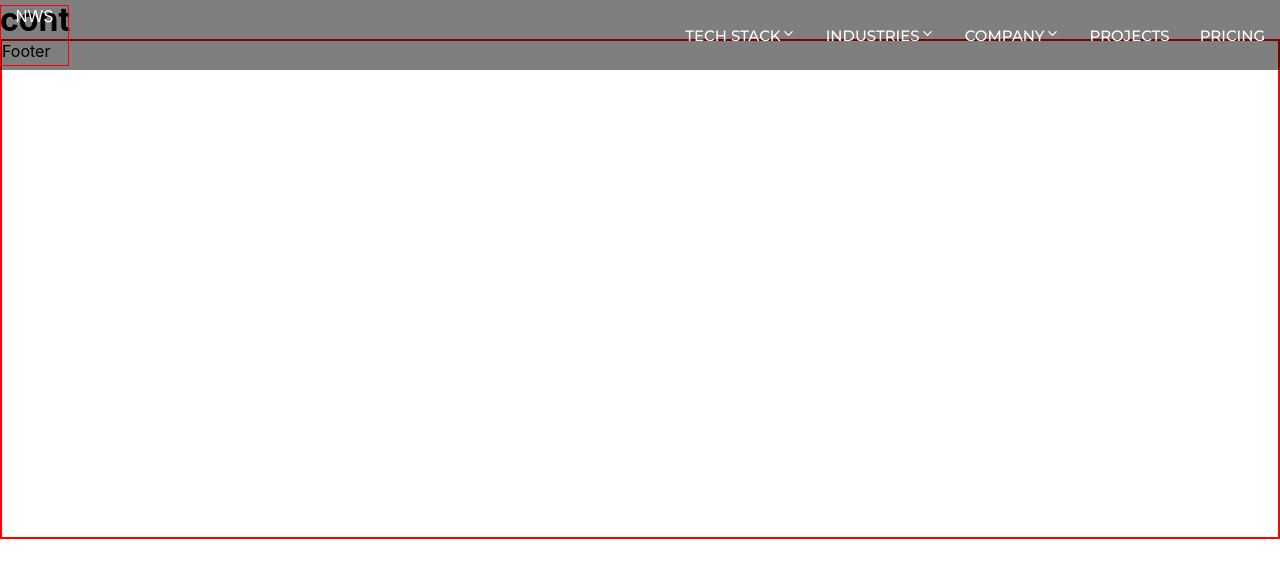
Repository: EdgarSargsyan2001/NWSlab21062022
Page: /
These files come from the project's save history. The page is drawn as it stood at one moment and after the next save; the edit follows.
The browser window is 1280 px wide. The pictures show the whole page.
The project was rebuilt for these pictures with package versions that can differ from the ones it lists, and the page was loaded fresh each time.

Above is the page before, as saved 2022-06-23 11:35:04.

### public/index.html
<!DOCTYPE html>
<html lang="en">
  <head>
    <meta charset="utf-8" />
    <link rel="icon" href="%PUBLIC_URL%/favicon.ico" />
    <meta name="viewport" content="width=device-width, initial-scale=1" />
    <meta name="theme-color" content="#000000" />
    <meta
      name="description"
      content="Web site created using create-react-app"
    />
    <link rel="preconnect" href="https://fonts.googleapis.com">
    <link rel="preconnect" href="https://fonts.gstatic.com" crossorigin>
    <link href="https://fonts.googleapis.com/css2?family=Grandstander:ital,wght@0,100;0,200;0,300;0,400;0,500;0,600;0,700;1,100;1,200;1,300;1,400;1,500;1,600;1,700&family=Montserrat:ital,wght@0,100;0,200;0,300;0,400;0,500;0,600;1,100;1,200;1,300;1,400;1,500;1,600&display=swap" rel="stylesheet">
    <link rel="apple-touch-icon" href="%PUBLIC_URL%/logo192.png" />
    <!--
      manifest.json provides metadata used when your web app is installed on a
      user's mobile device or desktop. See https://developers.google.com/web/fundamentals/web-app-manifest/
    -->
    <link rel="manifest" href="%PUBLIC_URL%/manifest.json" />
    <!--
      Notice the use of %PUBLIC_URL% in the tags above.
      It will be replaced with the URL of the `public` folder during the build.
      Only files inside the `public` folder can be referenced from the HTML.

      Unlike "/favicon.ico" or "favicon.ico", "%PUBLIC_URL%/favicon.ico" will
      work correctly both with client-side routing and a non-root public URL.
      Learn how to configure a non-root public URL by running `npm run build`.
    -->
    <title>React Redux App</title>
  </head>
  <body>
    <noscript>You need to enable JavaScript to run this app.</noscript>
    <div id="root"></div>
    <!--
      This HTML file is a template.
      If you open it directly in the browser, you will see an empty page.

      You can add webfonts, meta tags, or analytics to this file.
      The build step will place the bundled scripts into the <body> tag.

      To begin the development, run `npm start` or `yarn start`.
      To create a production bundle, use `npm run build` or `yarn build`.
    -->
  </body>
</html>

### src/index.tsx
import React from 'react';
import { createRoot } from 'react-dom/client';
import { Provider } from 'react-redux';
import { BrowserRouter } from "react-router-dom";
import { store } from './app/store';
import App from './App';
import reportWebVitals from './reportWebVitals';
import './index.css';

const container = document.getElementById('root')!;
const root = createRoot(container);

root.render(
  // <React.StrictMode>
  <BrowserRouter>
    <Provider store={store}>
      <App />
    </Provider>
    </BrowserRouter>
  // </React.StrictMode>
);

// If you want to start measuring performance in your app, pass a function
// to log results (for example: reportWebVitals(console.log))
// or send to an analytics endpoint. Learn more: https://bit.ly/CRA-vitals
reportWebVitals();

### src/app/store.ts
import { configureStore } from "@reduxjs/toolkit";



export const store = configureStore({
  reducer: {

  },
});

### src/App.tsx
import React from 'react';
import { Route, Routes } from 'react-router-dom';
import './App.css';
import MainLayout from './Layouts/mainLayout/MainLayout';
import HomePage from './Pages/HomePage/HomePage';

function App() {
  return (
    <div >
        <Routes>
          <Route path='/' element={<MainLayout/>}>
            <Route path='/' element={<HomePage/>}  />
            {/* <Route path='' element={} /> */}
            {/* <Route path='' element={} /> */}
            {/* <Route path='' element={} /> */}
          </Route>
        </Routes>
    </div>
  );
}

export default App;

### src/Layouts/mainLayout/MainLayout.tsx


import { Outlet } from "react-router-dom";
import Footer from "../Footer/Footer";
import Header from "../Header/Header";
import "./MainLayout.css";



export default function MainLayout(){

    return(
        <div >
            <Header />

            <Outlet />

            <Footer />
        </div>
    )
}

### src/Pages/HomePage/HomePage.tsx
import React from 'react'
import MainComp1 from '../../Components/VideoMain/mainComp1/mainComp1'
import VideoMain from '../../Components/VideoMain/VideoMain'


function HomePage() {
  return (
    <div className='homePage'>
        {/* <VideoMain
            path='./Assets/main.gif'
            height='900px'
            text="it outstaffing company "
        /> */}
        {/* <MainComp1
          titleMain='fuel your project with an expert team of industry focused engineers'
          btnOpen={false}
          title1='Extensive experience'
          desc1='For over a decade we have developed thousands of outstanding projects that helped our clients accomplish their business goals'
          num1='1000+'
          text1='successful projects'

          title2='Industry-focused specialists '
          desc2="With a strong focus on technology-intensive industries and constant attention to detail and IT trends, NWSLAB's specialists help clients from all over the world"
          num2='15'
          text2='years in business'

          title3='Customer loyalty '
          desc3='NWSLAB’s high standards, effective project delivery, and ability to develop IT solutions of any kind, enable us to enjoy wide recognition. As a result, 90% of our customers are recurring and recommend us to their partners    '
          num3='90%'
          text3 ='recurring customers'

        /> */}
        {/* <MainComp1
          titleMain='software development collaboration models'
          btnOpen={true}
          title1='Team Augmentation'
          desc1="Strengthen your IT team with NWSLAB's top-notch experts while retaining full responsibility for your IT project, its goals, and outcomes."

          title2='Product Development Servicesе '
          desc2="Let NWSLAB’s experienced IT team ensure an end-to-end implementation of your IT project and share the responsibility for it with you "

          title3='Outsourced IT services'
          desc3="NWSLAB’s team will provide you with top-class IT services and assume full responsibility for the eventual success and results"


        />  */}

    </div>
  )
}

export default HomePage

### src/Layouts/Footer/Footer.tsx
import React from 'react'
import './Footer.css'

function Footer() {
  return (
    <div className='Footer'>Footer</div>
  )
}

export default Footer

### src/Layouts/Header/Header.tsx
import React from 'react'
import { ContainerStl, HeaderStl } from '../../style/headerStyle'
import { FiChevronDown } from "react-icons/fi";


function Header() {


  return (
    <div>
        <HeaderStl>
          <ContainerStl>
              <div className='header__inner'>
                    <div className='header__logo'>NWS</div>

                    <nav>
                      <a className='nav__link' href='#'>Tech Stack<FiChevronDown/></a>
                      <a className='nav__link' href='#'>Industries<FiChevronDown/></a>
                      <a className='nav__link' href='#'>Company<FiChevronDown/></a>
                      <a className='nav__link' href='#'>Projects</a>
                      <a className='nav__link' href='#'>Pricing</a>
                    </nav>

              </div>
          </ContainerStl>
        </HeaderStl>

        <div className='intro'>
          <ContainerStl>

            <h1>cont</h1>


          </ContainerStl>
        </div>
    </div>
  )
}

export default Header

### src/Layouts/Footer/Footer.css
.Footer{
    height: 500px;
    border: 2px solid red;
}

### src/style/headerStyle.ts
import styled from 'styled-components'


export const HeaderStl = styled.header`

    width: 100vw;
    height: 70px;
    background:rgb(0,0,0,0.500) ;
    position: fixed;
    top: 0;
    left: 0;
    z-index:15;
    display: flex;
    align-items: center;

    .header__inner{
        display: flex;
        justify-content: space-between;
        align-items: center;
    }
    .header__logo{
        width: 69px;
        height: 61px;
        border: 1px solid red;
        color: white;
        text-align: center;

    }
    nav{
        text-transform: uppercase;
        font-family: 'Montserrat';
    }
    .nav__link{
        color: #fff;
        text-decoration:none;
        margin: 0 15px;
        font-weight: 500;
        font-size: 15px;
        line-height: 110%;
        transition: .2s;
    }
    .nav__link:hover{
        color: blue;
    }


`


export const ContainerStl = styled.div`
    width: 100%;
    max-width: 1500px;
    margin: 0 auto;

`

Loaded but not shown: src/reportWebVitals.ts (common file); src/index.css (common file); src/App.css (common file); src/Layouts/mainLayout/MainLayout.css (no stored copy; drawn as an empty file)

After the next save:
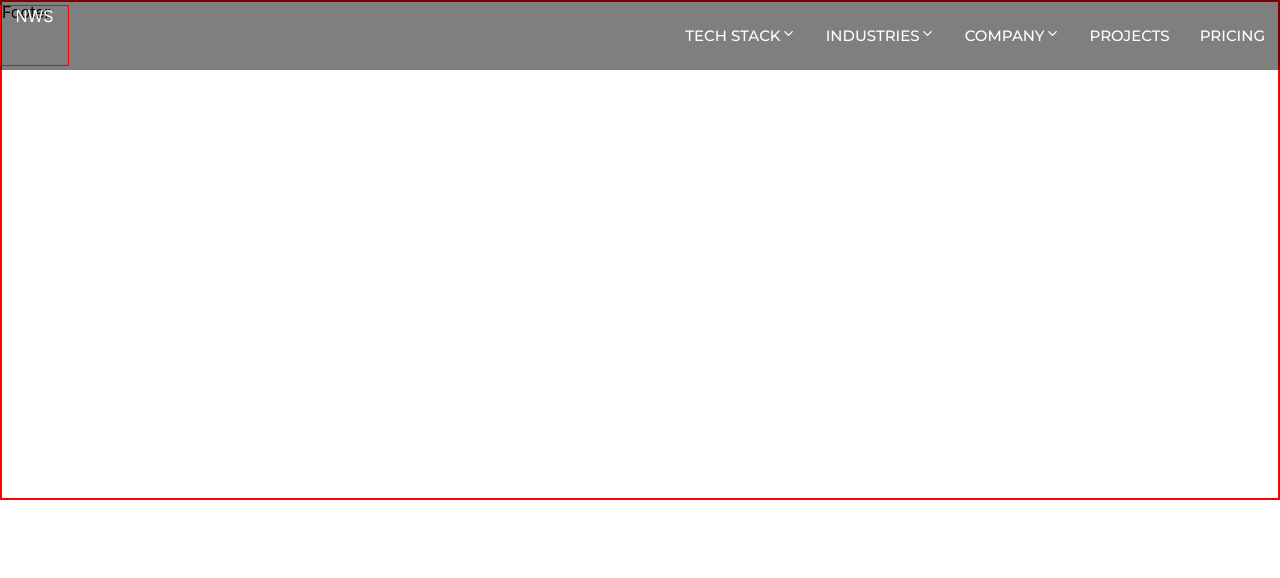
Saved 52 s later.
--- a/src/Layouts/Header/Header.tsx
+++ b/src/Layouts/Header/Header.tsx
@@ -28,7 +28,7 @@
         <div className='intro'>
           <ContainerStl>
 
-            <h1>cont</h1>
+
 
 
           </ContainerStl>

After the save that followed:
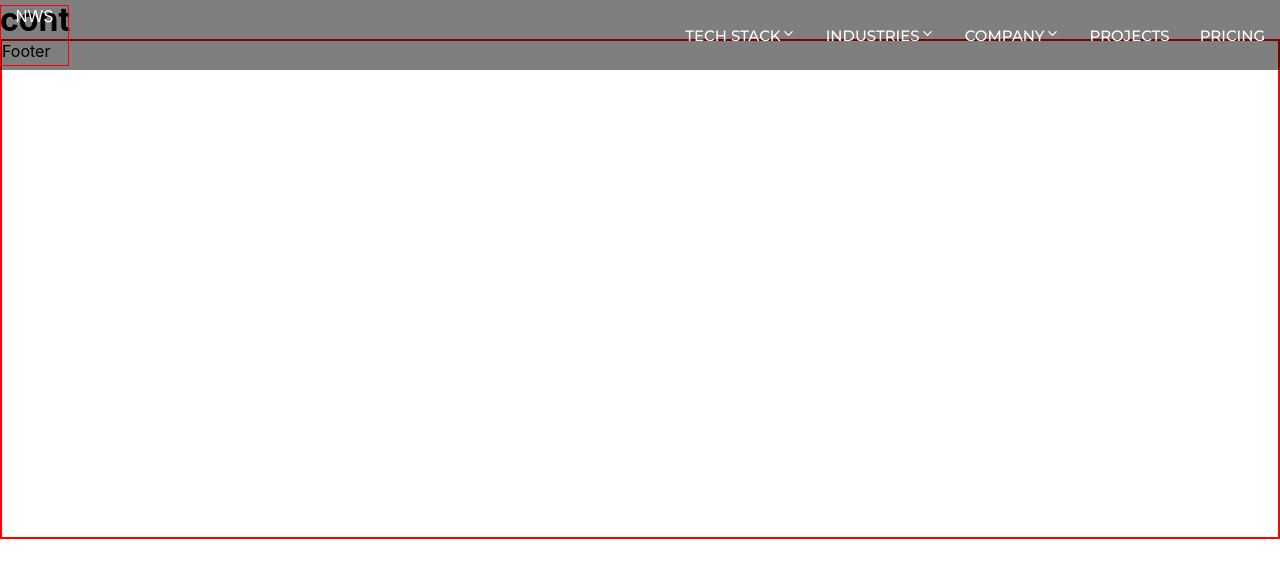
Saved 4 s later.
--- a/src/Layouts/Header/Header.tsx
+++ b/src/Layouts/Header/Header.tsx
@@ -28,7 +28,7 @@
         <div className='intro'>
           <ContainerStl>
 
-
+            <h1>cont</h1>
 
 
           </ContainerStl>
